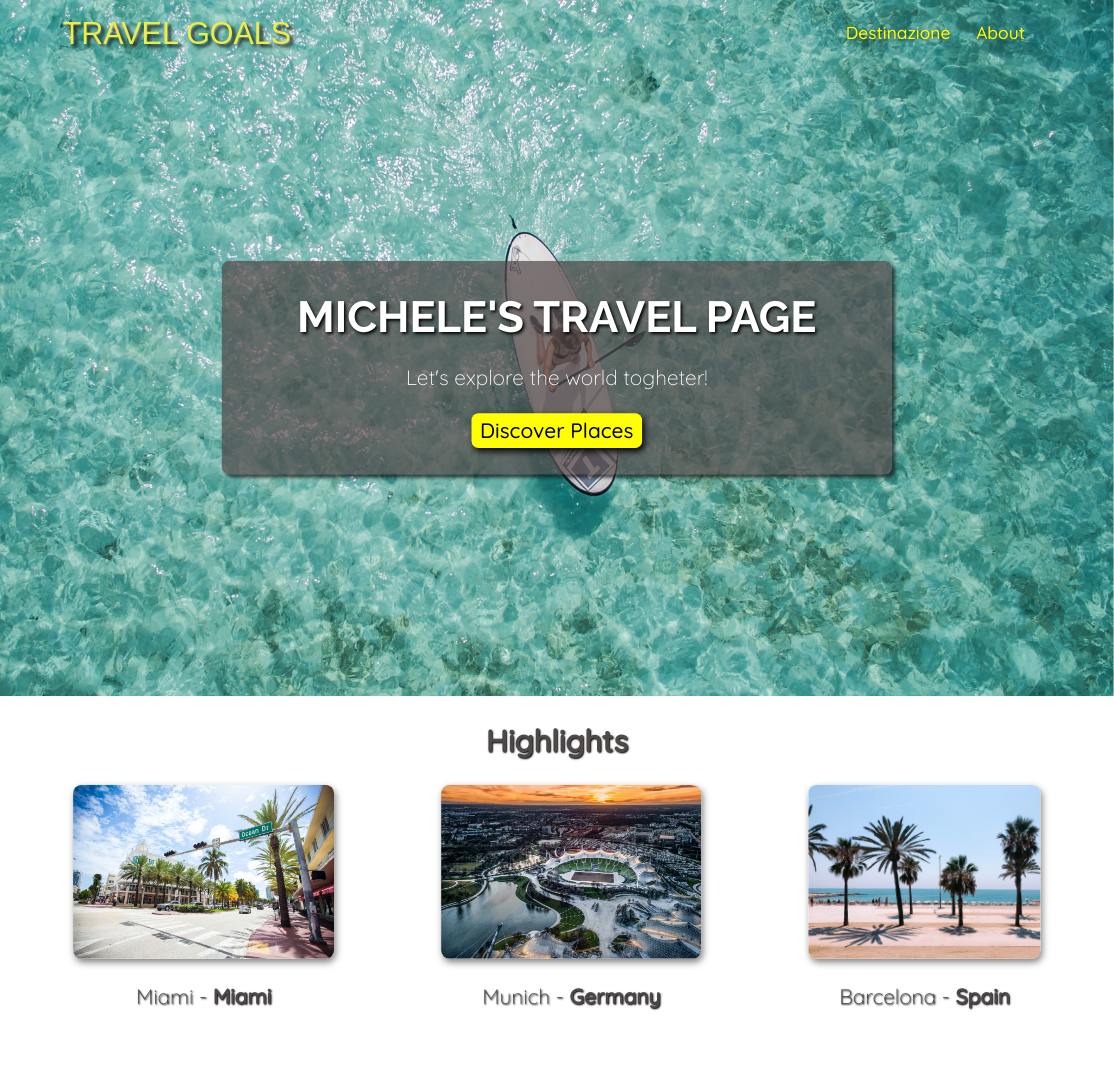
Repository: MicTomm/Travel-Goals
Page: index.html
These files come from the project's save history. The page is drawn as it stood at one moment and after the next save; the edit follows.
The browser window is 1280 px wide. The pictures show the whole page, at 87% of full size.
Some web fonts or font styles are not loaded; a fallback is used.

Above is the page before, as saved 2023-06-05 17:18:03.

After the next save:
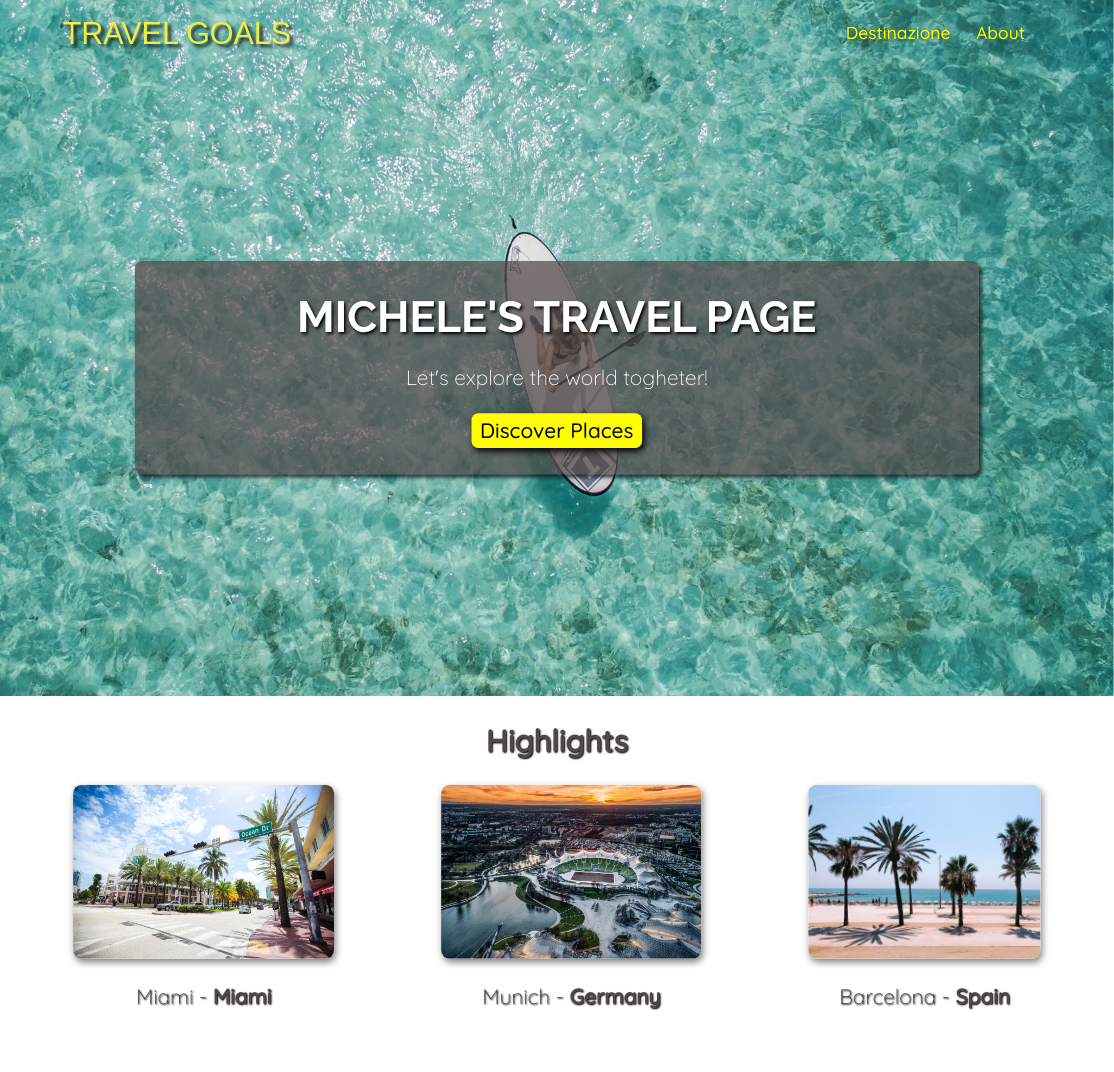
Saved 2 min 3 s later.
--- a/styles/main-page-style.css
+++ b/styles/main-page-style.css
@@ -10,7 +10,7 @@
 #div-section1 {
     background-color: rgba(82, 70, 70, 0.7);
     box-shadow: 4px 4px 4px rgba(18, 18, 18, 0.7);
-    width: 700px;
+    width: 900px;
     margin: 0px auto;
     padding: 35px;
     border-radius: 8px;
